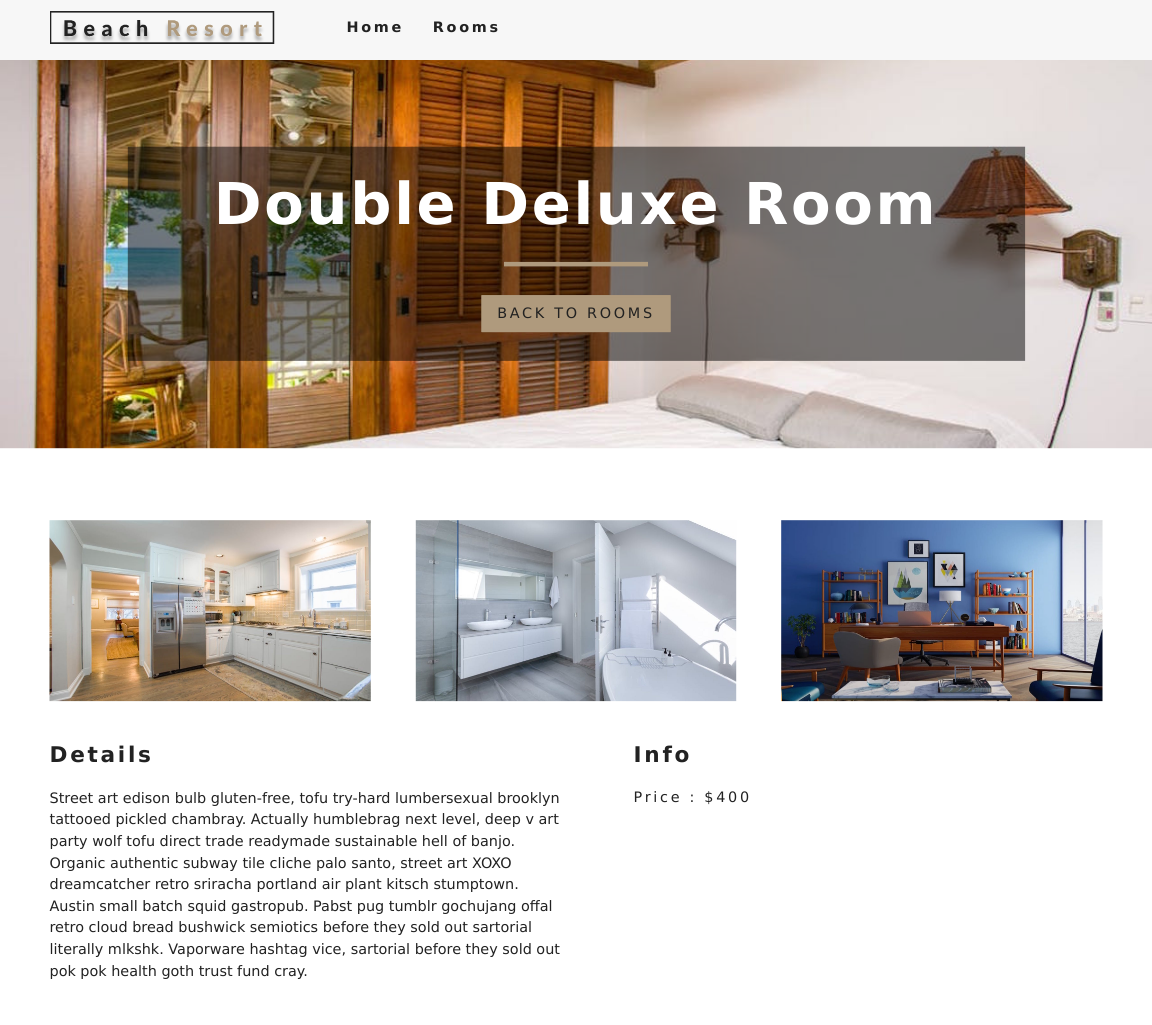
Repository: thanhn379/react-beach-resort
Page: /rooms/double-deluxe
The author's editor kept a copy of each file at every save. The page is drawn from the files as they stood at one save, then again after the next save.
The browser window is 1280 px wide. The pictures show the whole page, at 90% of full size.
The project was rebuilt for these pictures with package versions that can differ from the ones it lists, and the page was loaded fresh each time. Also part of the build but not shown: src/components/Hero.js, src/components/Title.js, src/components/Services.js, src/components/Loading.js, src/components/Room.js, src/components/FeaturedRooms.js, src/pages/Home.js, src/pages/Rooms.js and 1 more.

Above is the page before, as saved 2019-11-16 07:04:01.

After the next save:
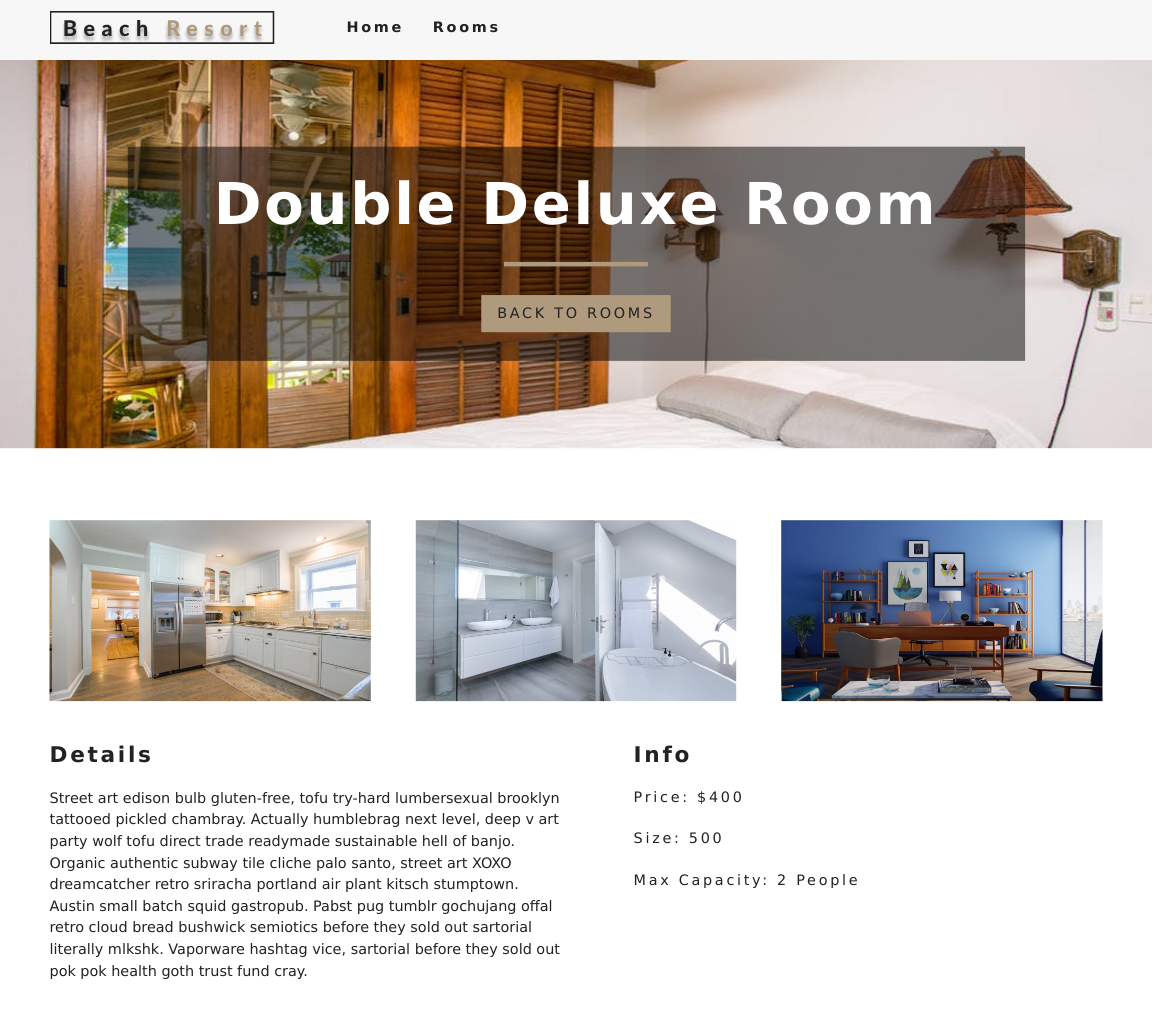
Saved 5 min 2 s later.
--- a/src/pages/SingleRoom.js
+++ b/src/pages/SingleRoom.js
@@ -69,7 +69,11 @@ export default class SingleRoom extends Component {
             </article>
             <article className="info">
               <h3>info</h3>
-              <h6>price : ${price}</h6>
+              <h6>price: ${price}</h6>
+              <h6>size: {size}</h6>
+              <h6>
+                max capacity: {capacity} {capacity > 1 ? " People" : " Person"}
+              </h6>
             </article>
           </div>
         </section>
